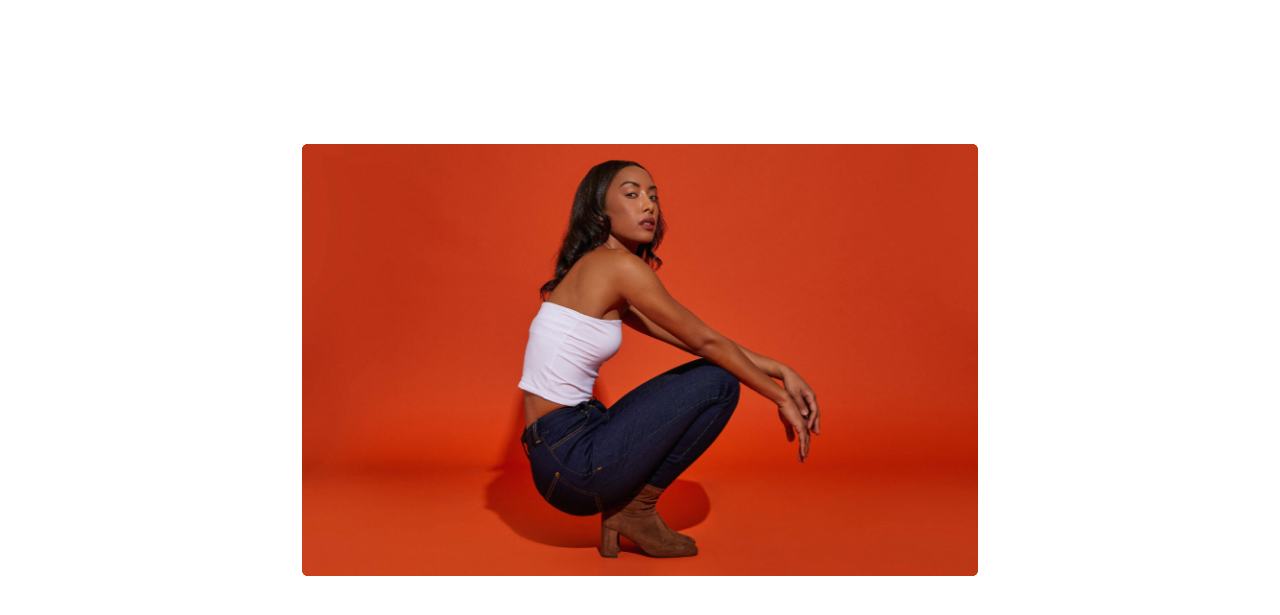
Repository: lwygold/motion
Page: layout/이미지 위로 계속 올라가는레이아웃.html
These files come from the project's save history. The page is drawn as it stood at one moment and after the next save; the edit follows.
The browser window is 1280 px wide. The pictures show the whole page.

Above is the page before, as saved 2023-02-08 11:11:17.

### layout/이미지 위로 계속 올라가는레이아웃.html
<!DOCTYPE html>
<html lang="ko">

<head>
    <meta http-equiv="Content-Type" content="text/html;charset=utf-8" />
    <meta name="viewport" content="width=device-width, user-scalable=no, target-densitydpi=medium-dpi" />
    <meta name="apple-mobile-web-app-capable" content="yes" />
    <meta name="format-detection" content="telephone=no" />
    <meta http-equiv="X-UA-Compatible" content="IE=edge" />
    <meta http-equiv="x-rim-auto-match" content="none" />
    <link rel="shortcut icon" href="./images/favicon.ico" />
    <link rel="stylesheet" type="text/css" href="../assets/css/slick.css" />
    <link rel="stylesheet" type="text/css" href="../assets/css/common.css" />
    <link rel="stylesheet" type="text/css" href="../assets/css/main.css" />
    <link rel="stylesheet" type="text/css" href="../assets/css/sub.css" />
    <title>테스트</title>
    <script src="../assets/js/jquery-3.3.1.min.js"></script>
    <script src="../assets/js/jquery-ui.min.js"></script>
    <script src="../assets/js/slick.min.js"></script>
    <script src="../assets/js/gsap.js"></script>
    <script src="../assets/js/gsap_scroll_trigger.js"></script>
    <script src="../assets/js/green.js"></script>
    <script src="../assets/js/common.js"></script>
    <script src="../assets/js/main.js"></script>
    <script src="../assets/js/sub.js"></script>
</head>

<style>
    section {
        width: 100vw;
        height: 100vh;
    }


    section ul {
        align-items: center;
        display: flex;
        height: 100%;
        justify-content: center;
        left: 0;
        position: fixed;
        top: 0;
        width: 100%;
    }

    section ul li {
        border-radius: 0.4861111111vw;
        cursor: pointer;
        height: 60vh;
        overflow: hidden;
        position: absolute;
        -webkit-transform-origin: bottom;
        transform-origin: bottom;
        width: 52.7777777744vw;
        will-change: transform, opacity;
    }

    section ul li div {
        height: 100%;
        -webkit-transform: none;
        transform: none;
        transition: -webkit-transform 1.2s cubic-bezier(.165, .84, .44, 1);
        transition: transform 1.2s cubic-bezier(.165, .84, .44, 1);
        transition: transform 1.2s cubic-bezier(.165, .84, .44, 1), -webkit-transform 1.2s cubic-bezier(.165, .84, .44, 1);
        width: 100%;
        will-change: transform;
    }

    section ul li div img {
        height: 100%;
        -o-object-fit: cover;
        object-fit: cover;
        -o-object-position: center;
        object-position: center;
        width: 100%;
    }
</style>

<body>

    <section class="s1">
        <ul>
            <li class="s1-1">
                <div>
                    <img src="./images/1.jpg" alt="">
                </div>
            </li>
            <li class="s1-2">
                <div>
                    <img src="./images/1.jpg" alt="">
                </div>
            </li>
            <li class="s1-3">
                <div>
                    <img src="./images/1.jpg" alt="">
                </div>
            </li>
            <li class="s1-4">
                <div>
                    <img src="./images/1.jpg" alt="">
                </div>
            </li>
        </ul>
    </section>


    <script>

        $(function () {
            gsap.registerPlugin(ScrollTrigger);





        });

    </script>
</body>

</html>

### assets/css/common.css
@charset "utf-8";

@font-face {
  font-family: "NotoSansKR";
  font-style: normal;
  font-weight: 100;
  src: url(fonts/NotoSansKR-ExtraLight.woff) format("woff");
}

@font-face {
  font-family: "NotoSansKR";
  font-style: normal;
  font-weight: 200;
  src: url(fonts/NotoSansKR-Light.woff) format("woff");
}

@font-face {
  font-family: "NotoSansKR";
  font-style: normal;
  font-weight: 300;
  src: url(fonts/NotoSansKR-DemiLight.woff) format("woff");
}

@font-face {
  font-family: "NotoSansKR";
  font-style: normal;
  font-weight: 400;
  src: url(fonts/NotoSansKR-Regular.woff) format("woff");
}

@font-face {
  font-family: "NotoSansKR";
  font-style: normal;
  font-weight: 500;
  src: url(fonts/NotoSansKR-Medium.woff) format("woff");
}

@font-face {
  font-family: "NotoSansKR";
  font-style: normal;
  font-weight: 600;
  src: url(fonts/NotoSansKR-Bold.woff) format("woff");
}

@font-face {
  font-family: "NotoSansKR";
  font-style: normal;
  font-weight: 700;
  src: url(fonts/NotoSansKR-Bold-Hestia.woff) format("woff");
}

@font-face {
  font-family: "NotoSansKR";
  font-style: normal;
  font-weight: 800;
  src: url(fonts/NotoSansKR-Black-Hestia.woff) format("woff");
}

@font-face {
  font-family: "Montserrat";
  font-style: normal;
  font-weight: 100;
  src: url(fonts/Montserrat-ExtraLight.woff) format("woff");
}

@font-face {
  font-family: "Montserrat";
  font-style: normal;
  font-weight: 200;
  src: url(fonts/Montserrat-Light.woff) format("woff");
}

@font-face {
  font-family: "Montserrat";
  font-style: normal;
  font-weight: 300;
  src: url(fonts/Montserrat-Regular.woff) format("woff");
}

@font-face {
  font-family: "Montserrat";
  font-style: normal;
  font-weight: 400;
  src: url(fonts/Montserrat-Regular.woff) format("woff");
}

@font-face {
  font-family: "Montserrat";
  font-style: normal;
  font-weight: 500;
  src: url(fonts/Montserrat-Medium.woff) format("woff");
}

@font-face {
  font-family: "Montserrat";
  font-style: normal;
  font-weight: 600;
  src: url(fonts/Montserrat-Bold.woff) format("woff");
}

@font-face {
  font-family: "Montserrat";
  font-style: normal;
  font-weight: 700;
  src: url(fonts/Montserrat-ExtraBold.woff) format("woff");
}

@font-face {
  font-family: "Montserrat";
  font-style: normal;
  font-weight: 800;
  src: url(fonts/Montserrat-ExtraBlack.woff) format("woff");
}

@font-face {
  font-family: "Saira";
  font-style: normal;
  font-weight: 100;
  src: url(fonts/Saira-ExtraLight.woff) format("woff");
}

@font-face {
  font-family: "Saira";
  font-style: normal;
  font-weight: 200;
  src: url(fonts/Saira-Light.woff) format("woff");
}

@font-face {
  font-family: "Saira";
  font-style: normal;
  font-weight: 300;
  src: url(fonts/Saira-Regular.woff) format("woff");
}

@font-face {
  font-family: "Saira";
  font-style: normal;
  font-weight: 400;
  src: url(fonts/Saira-Regular.woff) format("woff");
}

@font-face {
  font-family: "Saira";
  font-style: normal;
  font-weight: 500;
  src: url(fonts/Saira-Medium.woff) format("woff");
}

@font-face {
  font-family: "Saira";
  font-style: normal;
  font-weight: 600;
  src: url(fonts/Saira-Bold.woff) format("woff");
}

@font-face {
  font-family: "Saira";
  font-style: normal;
  font-weight: 700;
  src: url(fonts/Saira-ExtraBold.woff) format("woff");
}

@font-face {
  font-family: "Saira";
  font-style: normal;
  font-weight: 800;
  src: url(fonts/Saira-Black.woff) format("woff");
}

@font-face {
  font-family: "NanumSquare";
  font-style: normal;
  font-weight: 200;
  src: url(fonts/NanumSquareL.woff) format("woff");
}

@font-face {
  font-family: "NanumSquare";
  font-style: normal;
  font-weight: 400;
  src: url(fonts/NanumSquareR.woff) format("woff");
}

@font-face {
  font-family: "NanumSquare";
  font-style: normal;
  font-weight: 600;
  src: url(fonts/NanumSquareB.woff) format("woff");
}

@font-face {
  font-family: "NanumSquare";
  font-style: normal;
  font-weight: 700;
  src: url(fonts/NanumSquareEB.woff) format("woff");
}

@font-face {
  font-family: "play";
  font-style: normal;
  font-weight: 400;
  src: url(fonts/Play-Regular.woff) format("woff");
}

@font-face {
  font-family: "play";
  font-style: normal;
  font-weight: 600;
  src: url(fonts/Play-Bold.woff) format("woff");
}

@font-face {
  font-family: "Lovelace";
  font-style: normal;
  font-weight: 100;
  src: url(fonts/Lovelace-ExtraLight.woff) format("woff");
}

@font-face {
  font-family: "Lovelace";
  font-style: normal;
  font-weight: 200;
  src: url(fonts/Lovelace-Light.woff) format("woff");
}

@font-face {
  font-family: "Lovelace";
  font-style: normal;
  font-weight: 400;
  src: url(fonts/Lovelace-Regular.woff) format("woff");
}

@font-face {
  font-family: "Lovelace";
  font-style: normal;
  font-weight: 500;
  src: url(fonts/Lovelace-Medium.woff) format("woff");
}

@font-face {
  font-family: "Lovelace";
  font-style: normal;
  font-weight: 600;
  src: url(fonts/Lovelace-Bold.woff) format("woff");
}

@font-face {
  font-family: "Lovelace";
  font-style: normal;
  font-weight: 700;
  src: url(fonts/Lovelace-ExtraBold.woff) format("woff");
}

* {
  font-family: "NotoSansKR";
  box-sizing: border-box;
}

/* 여백 초기화 */
html,
body,
div,
span,
object,
iframe,
h1,
h2,
h3,
h4,
h5,
h6,
p,
blockquote,
pre,
abbr,
address,
cite,
code,
del,
dfn,
em,
img,
ins,
kbd,
q,
samp,
small,
strong,
sub,
sup,
var,
b,
i,
dl,
dt,
dd,
ol,
ul,
li,
fieldset,
form,
label,
legend,
table,
caption,
tbody,
tfoot,
thead,
tr,
th,
td,
article,
aside,
canvas,
details,
figcaption,
figure,
footer,
header,
hgroup,
menu,
nav,
section,
summary,
time,
mark,
audio,
video {
  margin: 0;
  padding: 0;
  border: 0;
  outline: 0;
  font-size: 100%;
  vertical-align: baseline;
  background: transparent;
}

* {
  -webkit-text-size-adjust: none;
  -moz-text-size-adjust: none;
  -ms-text-size-adjust: none;
}

html,
body {
  position: relative;
  margin: 0 auto;
  height: 100%;
  width: 100%;
}

body {
  line-height: 1;
}

article,
aside,
details,
figcaption,
figure,
footer,
header,
hgroup,
menu,
nav,
section {
  display: block;
}

ul,
li {
  list-style: none;
}

blockquote,
q {
  quotes: none;
}

blockquote:before,
blockquote:after,
q:before,
q:after {
  content: "";
  content: none;
}

a {
  margin: 0;
  padding: 0;
  color: #000;
  font-size: 100%;
  text-decoration: none;
  vertical-align: baseline;
  background: transparent;
}

del {
  text-decoration: line-through;
}

abbr[title],
dfn[title] {
  border-bottom: 1px dotted;
  cursor: help;
}

table {
  border-collapse: collapse;
  border-spacing: 0;
}

/* change border colour to suit your needs */

hr {
  display: block;
  height: 1px;
  border: 0;
  border-top: 1px solid #cccccc;
  margin: 1em 0;
  padding: 0;
}

input,
select {
  vertical-align: middle;
}

/*-------------------------------------------------------------------
    @input style
-------------------------------------------------------------------*/

button {
  -webkit-appearance: none;
  appearance: none;
  -webkit-border-radius: 0;
  border-radius: 0;
}

input[type="button"],
input[type="reset"],
input[type="text"],
input[type="password"],
input[type="submit"],
input[type="search"],
input[type="tel"],
input[type="email"] {
  -webkit-appearance: none;
  appearance: none;
  -webkit-border-radius: 0;
  border-radius: 0;
  font-size: 16px;
}

/*-------------------------------------------------------------------
    @select
-------------------------------------------------------------------*/
select {
  font-family: "Noto Sans KR";
  font-size: 19px;
  -webkit-appearance: none;
  -moz-appearance: none;
  appearance: none;
  background-image: url(../images/sl_btn.png);
  background-repeat: no-repeat;
  background-position: 93% 50%;
  background-size: 15px;
  background-color: #fff;
  border: none;
  width: 100%;
}

/*-------------------------------------------------------------------
    @select IE10,11의 네이티브 화살표 숨기기
-------------------------------------------------------------------*/
select::-ms-expand {
  display: none;
}

/*-------------------------------------------------------------------
    @clearfix
-------------------------------------------------------------------*/
.clearfix {
  *zoom: 1;
}

.clearfix:before,
.clearfix:after {
  display: block;
  content: "";
  line-height: 0;
}

.clearfix:after {
  clear: both;
}

.fl {
  float: left;
}

.fr {
  float: right;
}

/*-------------------------------------------------------------------
    @공통서브
-------------------------------------------------------------------*/

section {
  box-sizing: border-box;
  overflow: hidden;
  position: relative;
  width: 100%;
  max-width: 1920px;
  margin: 0 auto;
}

.inner {
  width: 100%;
  max-width: 1280px;
  padding: 0px 40px;
  box-sizing: border-box;
}

/* 가로 양옆으로  */
.flex__lrc,
.flex__lrc2 {
  display: flex;
  flex-direction: row;
  flex-wrap: wrap;
  justify-content: space-between;
  align-items: center;
}

.flex__lrt,
.flex__lrt2 {
  display: flex;
  flex-direction: row;
  flex-wrap: wrap;
  justify-content: space-between;
  align-items: flex-start;
}

.flex__lrb,
.flex__lrb2 {
  display: flex;
  flex-direction: row;
  flex-wrap: wrap;
  justify-content: space-between;
  align-items: flex-end;
}

/* 가로 가운데 새로 가운데 */
.flex__cc,
.flex__cc1,
.flex__cc2 {
  display: flex;
  flex-direction: row;
  flex-wrap: wrap;
  justify-content: center;
  align-items: center;
}

.flex__lrc2 > div,
.flex__lrt2 > div,
.flex__lrb2 > div,
.flex__cc2 > div {
    width: 50%;
}

.h100 {
    height: 100%;
}

.w100 {
    width: 100%;
}

.row2,
.row3,
.row4,
.row5 {
    display: flex;
    flex-direction: row;
    flex-wrap: wrap;
}

.row2 > .col {
    width: 50%;
}

.row3 > .col {
    width: 33.33%;
}

.row4 > .col {
    width: 25%;
}

.row5 > .col {
    width: 20%;
}


@media only screen and (max-width: 640px) {
}

### assets/css/main.css
body {
 font-size:0;
}


section.section4 {
 height: 400vh;
}

.header-section {
 padding: 0 15px;
 text-align: center;
 margin: 0;
 height: 100vh;
 color: #000;
 font-size: 35px;
 display: flex;
 align-items: center;
 justify-content: center;
}

.nav {
 display: flex;
 position: fixed;
 right:100px;
 top:50%;
 transform: translateY(-50%);
 z-index: 11;
}

.nav > div {
 position: relative;
 width: 2px;
 height: 55px;
 background: transparent;
 z-index: 1;
}

.nav > div:after {
 content:'';
 position: absolute;
 left:0;
 top:0;
 width:3px;
 height: 55px;
 background: rgba(255,255,255, 0.3);
 z-index: 2;
}

.nav div > div {
 position: absolute;
 left:0;
 top:0;
 width:2px;
 height:0;
 background: #fff;
}


.gridBlock {
 opacity: 0;
}


/* Grid almost fully pulled from https://www.rino-pelle.com/ */
.grid-container {
 width: 100vw;
 height: 400vh;
 position: relative;
}
.grid {
 top: 0;
 left: 0;
 z-index: 1;
 width: 70vw;
 height: 60vw;
 margin: 0 calc(100vw / 20 * 3);
 position: absolute;

}
@media only screen and (max-width: 580px) {
 .grid {
 margin: 0;
 width: 100vw;
 height: 89.444vw;
}
}
.gridBlock {
 background-size: cover;
 background-color: darkgray;
}
.gridLayer {
 top: 0;
 left: 0;
 width: 100%;
 height: 100%;
 position: absolute;
 will-change: transform;
 transform-origin: 44.951% 50%;
}
.gridLayer:nth-child(1) .gridBlock {
 top: 5vw;
 left: 20vw;
 width: 10vw;
 height: 10vw;
}
@media only screen and (max-width: 580px) {
 .gridLayer:nth-child(1) .gridBlock {
 top: 11.111vw;
 left: 23.889vw;
 width: 15vw;
 height: 15vw;
}
}
.gridLayer:nth-child(2) .gridBlock {
 top: 0;
 left: 32.5vw;
 width: 15vw;
 height: 15vw;
}
@media only screen and (max-width: 580px) {
 .gridLayer:nth-child(2) .gridBlock {
 top: 0;
 left: 43.333vw;
 width: 26.389vw;
 height: 26.389vw;
}
}
.gridLayer:nth-child(3) .gridBlock {
 left: 0;
 top: 25vw;
 width: 15vw;
 height: 15vw;
}
@media only screen and (max-width: 580px) {
 .gridLayer:nth-child(3) .gridBlock {
 top: 30.278vw;
 left: 0;
 width: 26.389vw;
 height: 26.389vw;
}
}
.gridLayer:nth-child(4) .gridBlock {
 top: 17.5vw;
 left: 17.5vw;
 width: 30vw;
 height: 30vw;
}
@media only screen and (max-width: 580px) {
 .gridLayer:nth-child(4) .gridBlock {
 top: 30.278vw;
 left: 30.278vw;
 width: 39.444vw;
 height: 39.444vw;
}
}
.gridLayer:nth-child(5) {
 z-index: 1;
}
.gridLayer:nth-child(5) .gridBlock {
 top: 20vw;
 left: 50vw;
 width: 5vw;
 height: 5vw;
}
@media only screen and (max-width: 580px) {
 .gridLayer:nth-child(5) .gridBlock {
 top: 23.889vw;
 left: 73.889vw;
 width: 15.278vw;
 height: 15.278vw;
}
}
.gridLayer:nth-child(5) a {
 height: 100%;
 display: flex;
 align-items: center;
 justify-content: center;
}
.gridLayer:nth-child(5) svg {
 width: 1.75vw;
}
@media only screen and (max-width: 580px) {
 .gridLayer:nth-child(5) svg {
 width: 4.722vw;
}
}
.gridLayer:nth-child(6) .gridBlock {
 left: 50vw;
 top: 27.5vw;
 width: 20vw;
 height: 20vw;
}
@media only screen and (max-width: 580px) {
 .gridLayer:nth-child(6) .gridBlock {
 top: 43.889vw;
 left: 73.889vw;
 width: 26.389vw;
 height: 26.389vw;
}
}
.gridLayer:nth-child(7) .gridBlock {
 left: 10vw;
 top: 42.5vw;
 width: 5vw;
 height: 5vw;
}
@media only screen and (max-width: 580px) {
 .gridLayer:nth-child(7) .gridBlock {
 display: none;
}
}
.gridLayer:nth-child(8) .gridBlock {
 bottom: 5vw;
 left: 42.5vw;
 width: 5vw;
 height: 5vw;
}
@media only screen and (max-width: 580px) {
 .gridLayer:nth-child(8) .gridBlock {
 display: none;
}
}
.gridLayer:nth-child(9) .gridBlock {
 bottom: 0;
 left: 50vw;
 width: 10vw;
 height: 10vw;
}
@media only screen and (max-width: 580px) {
 .gridLayer:nth-child(9) .gridBlock {
 top: 73.889vw;
 left: 58.889vw;
 width: 15.278vw;
 height: 15.278vw;
}
}
.gridBlock {
 display: block;
 position: absolute;
}



@media only screen and (max-width: 640px) {

}

### assets/css/sub.css

@media only screen and (max-width: 640px) {

}

### assets/js/common.js
var clickType = "click";
if ("ontouchstart" in document.documentElement) {
    clickType = "touchstart";
}
$(function () {

})

### assets/js/main.js
$(function () {



});

### assets/js/sub.js
$(function () {

})

Loaded but not shown: assets/css/slick.css (common file); assets/js/jquery-3.3.1.min.js (library); assets/js/jquery-ui.min.js (library); assets/js/slick.min.js (library); assets/js/gsap.js (library); assets/js/gsap_scroll_trigger.js (library); assets/js/green.js (187 lines, source omitted)

After the next save:
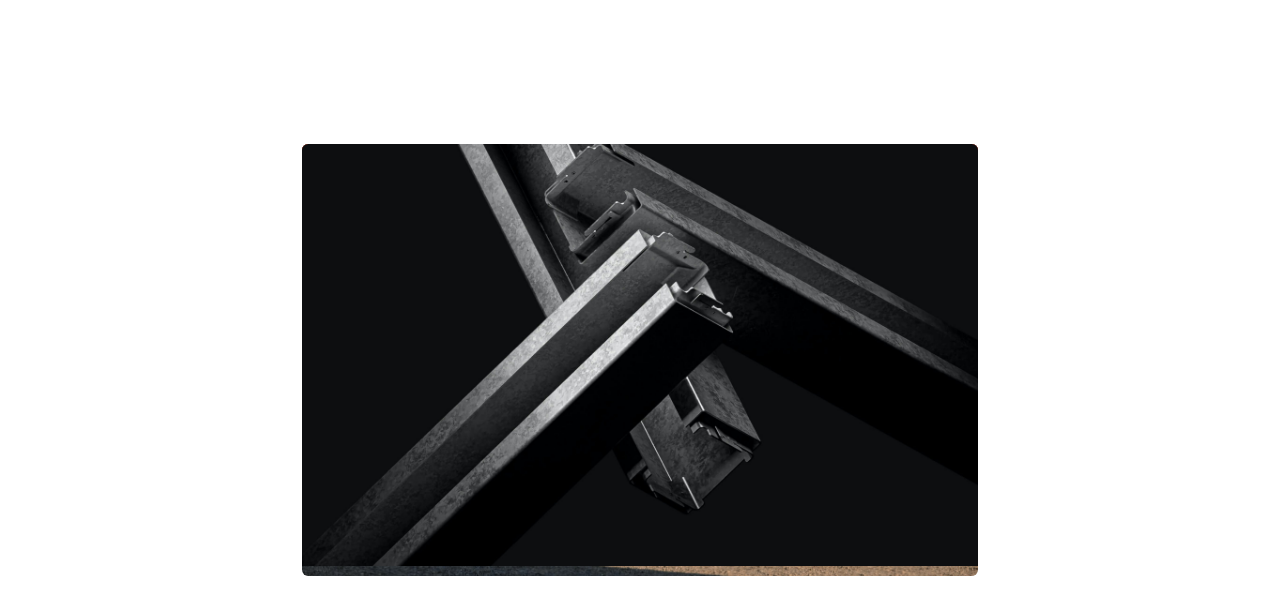
Saved 86 s later.
--- a/layout/이미지 위로 계속 올라가는레이아웃.html
+++ b/layout/이미지 위로 계속 올라가는레이아웃.html
@@ -55,6 +55,8 @@
         will-change: transform, opacity;
     }
 
+    section ul li;
+
     section ul li div {
         height: 100%;
         -webkit-transform: none;
@@ -87,17 +89,22 @@
             </li>
             <li class="s1-2">
                 <div>
-                    <img src="./images/1.jpg" alt="">
+                    <img src="./images/2.jpg" alt="">
                 </div>
             </li>
             <li class="s1-3">
                 <div>
-                    <img src="./images/1.jpg" alt="">
+                    <img src="./images/3.jpg" alt="">
                 </div>
             </li>
             <li class="s1-4">
                 <div>
-                    <img src="./images/1.jpg" alt="">
+                    <img src="./images/4.jpg" alt="">
+                </div>
+            </li>
+            <li class="s1-5">
+                <div>
+                    <img src="./images/5.jpg" alt="">
                 </div>
             </li>
         </ul>

After the save that followed:
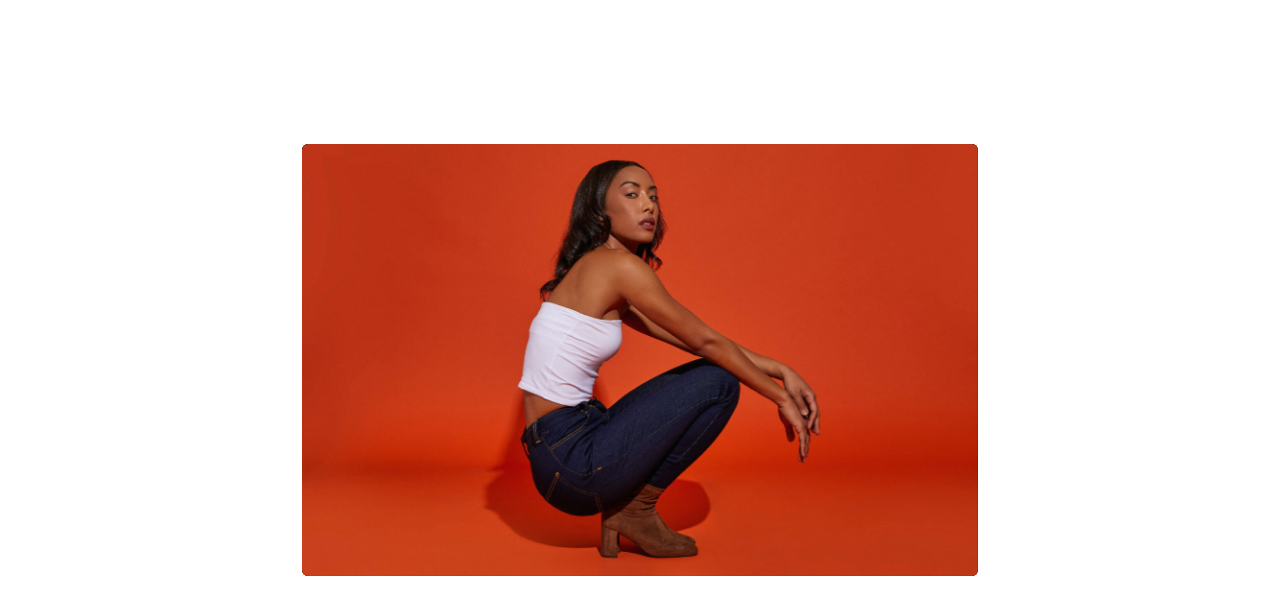
Saved 56 s later.
--- a/layout/이미지 위로 계속 올라가는레이아웃.html
+++ b/layout/이미지 위로 계속 올라가는레이아웃.html
@@ -55,7 +55,28 @@
         will-change: transform, opacity;
     }
 
-    section ul li;
+
+
+    section ul li:nth-child(1) {
+        z-index:1;
+    }
+
+    section ul li:nth-child(1) {
+        z-index:1;
+    }
+
+    section ul li:nth-child(1) {
+        z-index:1;
+    }
+
+    section ul li:nth-child(1) {
+        z-index:1;
+    }
+
+    section ul li:nth-child(1) {
+        z-index:1;
+    }
+
 
     section ul li div {
         height: 100%;
